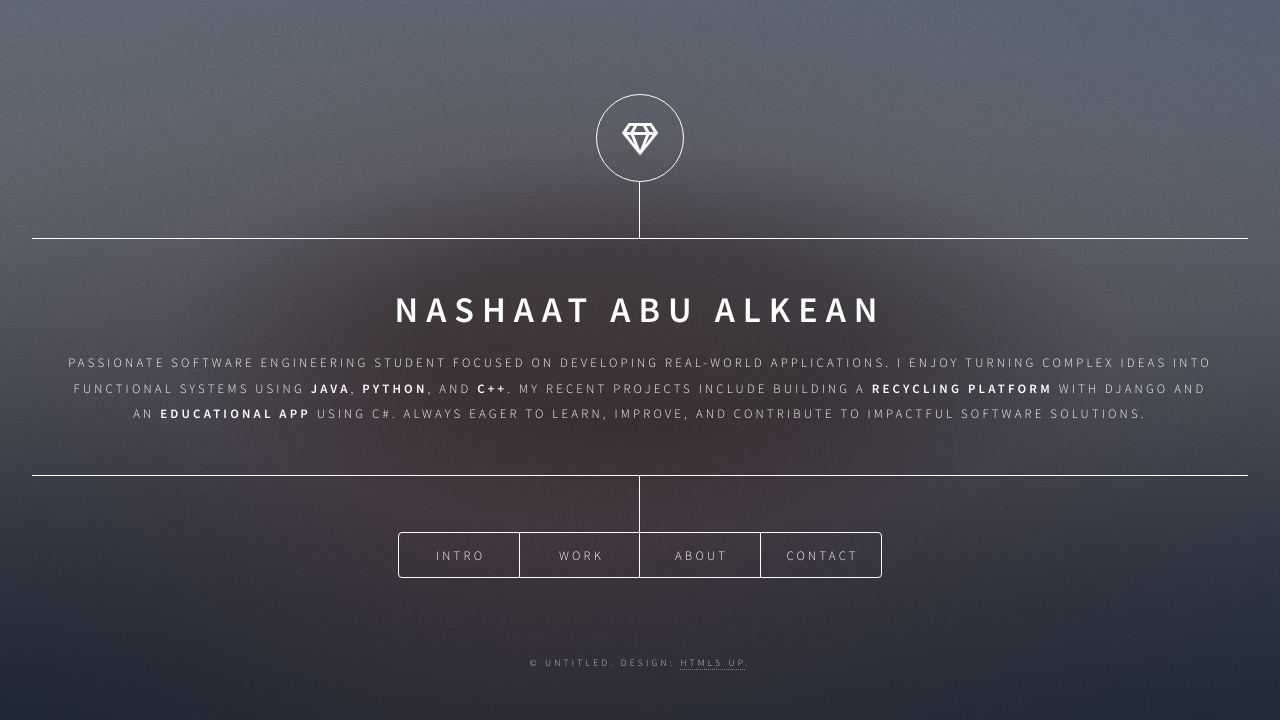
Repository: NashaatAlkean/Nashaat-sPortofolio
Page: index.html
The author's editor kept a copy of each file at every save. The page is drawn from the files as they stood at one save, then again after the next save.
The browser window is 1280 px wide. The pictures show the whole page.

Above is the page before, as saved 2025-11-05 10:05:08.

After the next save:
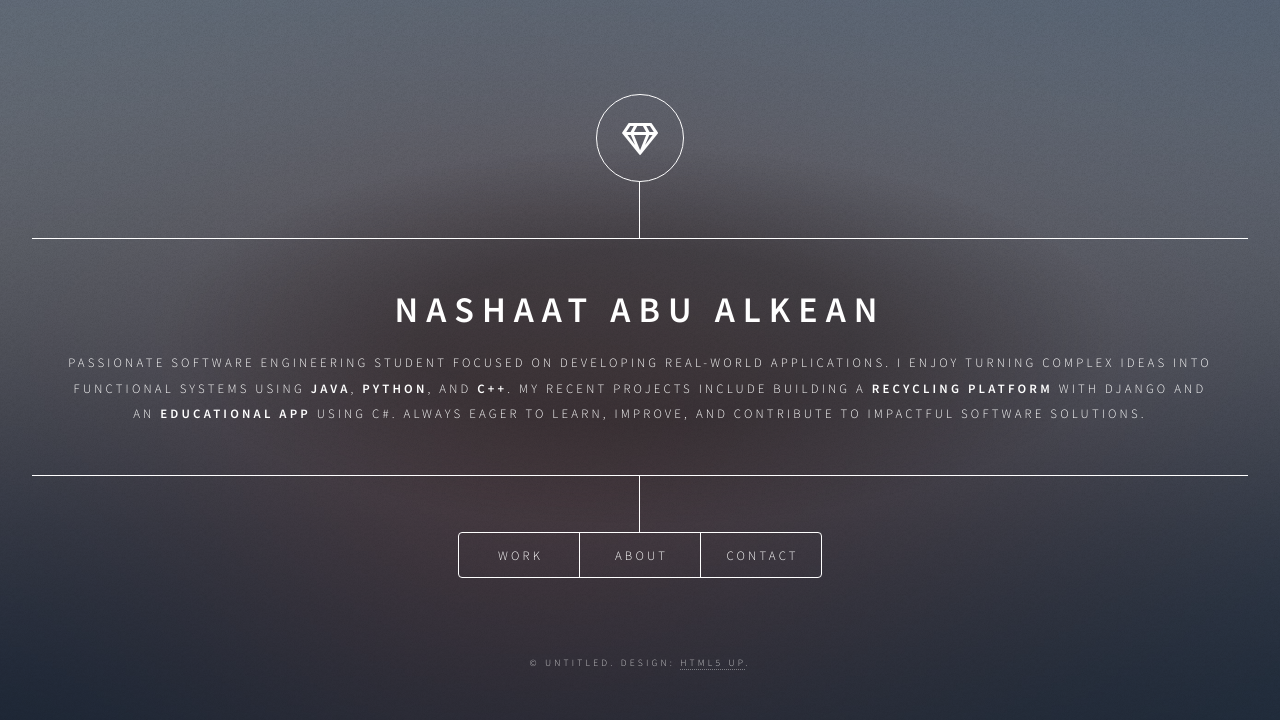
Saved 34 s later.
--- a/index.html
+++ b/index.html
@@ -41,7 +41,6 @@
         </div>
         <nav>
           <ul>
-            <li><a href="#intro">Intro</a></li>
             <li><a href="#work">Work</a></li>
             <li><a href="#about">About</a></li>
             <li><a href="#contact">Contact</a></li>
